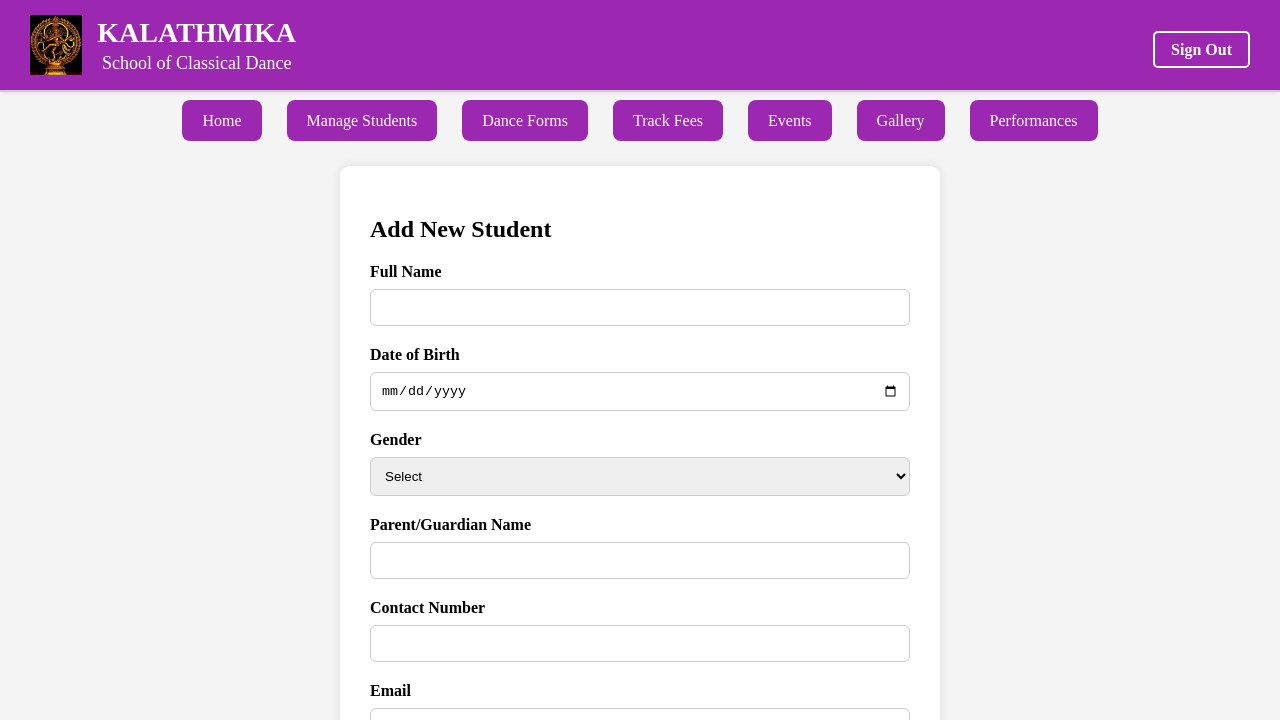
Repository: ammubancilal/LUMINAR-JDK17-STS4-SPRINGBOOT-KALATHMIKA-DANCESCHOOL
Page: http://localhost/springboot-jsp-kalathmika/WEB-INF/jsp/addStudentFee.jsp
An editor plug-in stored every save of this project. The page is shown before and after the next save, followed by the edit.
The browser window is 1280 px wide. The pictures show the whole page.
An inner scrolling area shows only its first screen. The page is served by Tomcat 9. Nobody is signed in. The template is opened directly, without the code that normally fills it, so the values that code supplies are empty.

Above is the page before, as saved 2025-04-25 05:15:30.

After the next save:
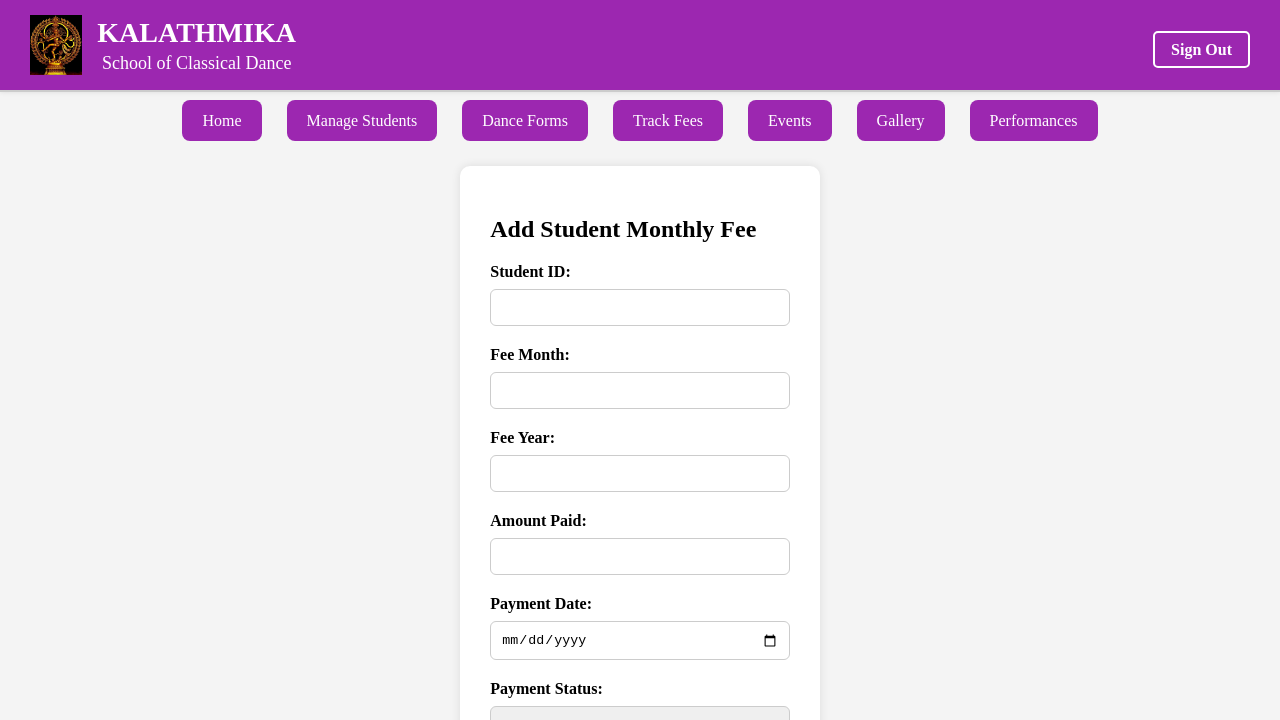
Saved 6 min 59 s later.
--- a/springboot-jsp-kalathmika/src/main/webapp/WEB-INF/jsp/addStudentFee.jsp
+++ b/springboot-jsp-kalathmika/src/main/webapp/WEB-INF/jsp/addStudentFee.jsp
@@ -85,54 +85,52 @@
 </nav>
 <br><br>
 <div class="form-container">
-    <h2>Add New Student</h2>
-    <form action="${pageContext.request.contextPath}/admin/saveStudent" method="post">
-        <label for="stu_name">Full Name</label>
-        <input type="text" id="stu_name" name="stu_name" required>
+    <h2>Add Student Monthly Fee</h2>
+     <!-- Fee Entry Form -->
+    <form action="/submitStudentFee" method="post">
+        <!-- Student ID -->
+        <div>
+            <label for="studentId">Student ID:</label>
+            <input type="text" id="studentId" name="studentId" required>
+        </div>
 
-        <label for="stu_dob">Date of Birth</label>
-        <input type="date" id="stu_dob" name="stu_dob" required>
+        <!-- Fee Month -->
+        <div>
+            <label for="feeMonth">Fee Month:</label>
+            <input type="text" id="feeMonth" name="feeMonth" required>
+        </div>
 
-        <label for="stu_gender">Gender</label>
-        <select id="stu_gender" name="stu_gender" required>
-            <option value="">Select</option>
-            <option value="Female">Female</option>
-            <option value="Male">Male</option>
-            <option value="Other">Other</option>
-        </select>
+        <!-- Fee Year -->
+        <div>
+            <label for="feeYear">Fee Year:</label>
+            <input type="text" id="feeYear" name="feeYear" required>
+        </div>
 
-        <label for="stu_parentName">Parent/Guardian Name</label>
-        <input type="text" id="stu_parentName" name="stu_parent_name" required>
+        <!-- Fee Amount Paid -->
+        <div>
+            <label for="feeAmountPaid">Amount Paid:</label>
+            <input type="number" id="feeAmountPaid" name="feeAmountPaid" required>
+        </div>
 
-        <label for="stu_contactNumber">Contact Number</label>
-        <input type="text" id="stu_contactNumber" name="stu_contact_number" required>
+        <!-- Fee Payment Date -->
+        <div>
+            <label for="feePaymentDate">Payment Date:</label>
+            <input type="date" id="feePaymentDate" name="feePaymentDate" required>
+        </div>
 
-        <label for="stu_email">Email</label>
-        <input type="email" id="stu_email" name="stu_email" required>
+        <!-- Fee Payment Status -->
+        <div>
+            <label for="feePaymentStatus">Payment Status:</label>
+            <select id="feePaymentStatus" name="feePaymentStatus" required>
+                <option value="paid">Paid</option>
+                <option value="pending">Pending</option>
+            </select>
+        </div>
 
-        <label for="stu_address">Address</label>
-        <textarea id="stu_address" name="stu_address" rows="3" required></textarea>
-
-        <label for="stu_dateOfjoin">Date of Joining</label>
-        <input type="date" id="stu_dateOfjoin" name="stu_dateof_join" required>
-
-        <label for="stu_danceForm">Dance Form</label>
-        <select id="stu_danceForm" name="stu_dance_form" required>
-            <option value="">Select</option>
-            <option value="Bharatanatyam">Bharatanatyam</option>
-            <option value="Kuchipudi">Kuchipudi</option>
-            <option value="Mohiniyattam">Mohiniyattam</option>
-        </select>
-
-        <label for="stu_level">Level</label>
-        <select id="stu_level" name="stu_level" required>
-            <option value="">Select</option>
-            <option value="Beginner">Beginner</option>
-            <option value="Intermediate">Intermediate</option>
-            <option value="Advanced">Advanced</option>
-        </select>
-
-        <button type="submit" class="btn-submit">Add Student</button>
+        <!-- Submit Button -->
+        <div>
+            <button type="submit">Submit Fee</button>
+        </div>
     </form>
 </div>
 
